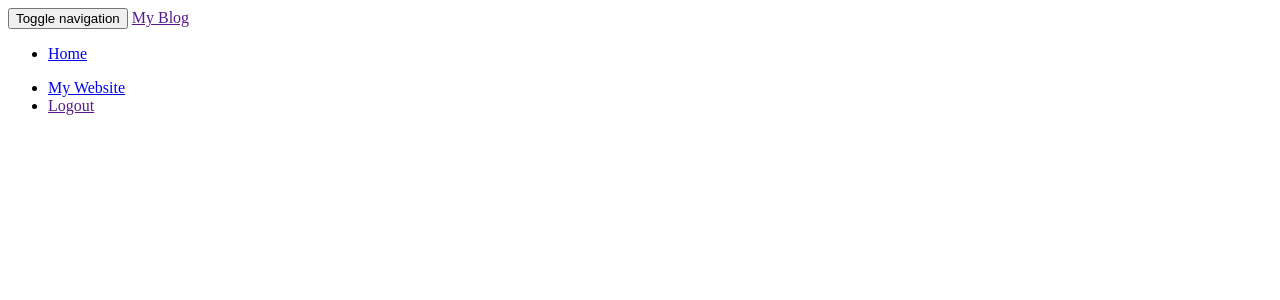
Repository: AnnieFisher/blog
Page: BlogMVC/WebContent/gen-nav.html
An editor plug-in stored every save of this project. The page is shown before and after the next save, followed by the edit.
The browser window is 1280 px wide. The pictures show the whole page.

Above is the page before, as saved 2016-12-21 03:08:44.

### BlogMVC/WebContent/gen-nav.html
<div ng-controller="postsController">
	<div class="container">
      <!-- Static navbar -->
<div class="navbar navbar-inverse navbar-fixed-top navbar-custom">        <div class="container-fluid">
          <div class="navbar-header">
            <button type="button" class="navbar-toggle collapsed" data-toggle="collapse" data-target="#navbar" aria-expanded="false" aria-controls="navbar">
              <span class="sr-only">Toggle navigation</span>
              <span class="icon-bar"></span>
              <span class="icon-bar"></span>
              <span class="icon-bar"></span>
            </button>
            <a class="navbar-brand text-muted" href="">My Blog</a>
          </div>
          <div id="navbar" class="navbar-collapse collapse">
            <ul class="nav navbar-nav">
              <li class="active"><a href="#/login">Home</a></li>
            </ul>
            <ul class="nav navbar-nav navbar-right">
            <li><a href="http://annielynnfisher.com" target="_blank">My Website</a></li>
 <li ng-click="logOut()"><a href="">Logout</a></li>            </ul>
          </div><!--/.nav-collapse -->
        </div><!--/.container-fluid -->
      </nav>
      </div>
 </div>

After the next save:
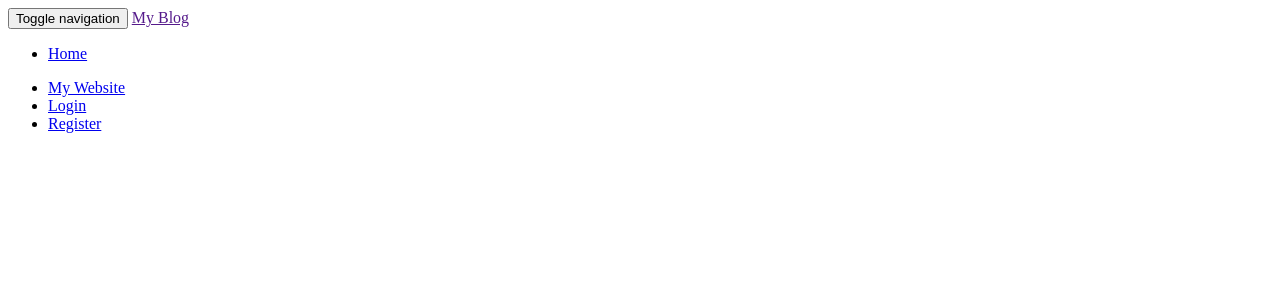
Saved 88 s later.
--- a/BlogMVC/WebContent/gen-nav.html
+++ b/BlogMVC/WebContent/gen-nav.html
@@ -16,8 +16,10 @@
               <li class="active"><a href="#/login">Home</a></li>
             </ul>
             <ul class="nav navbar-nav navbar-right">
-            <li><a href="http://annielynnfisher.com" target="_blank">My Website</a></li>
- <li ng-click="logOut()"><a href="">Logout</a></li>            </ul>
+	            <li><a href="http://annielynnfisher.com" target="_blank">My Website</a></li>
+	 			<li class="active"><a href="#/login">Login</a></li>
+	 			<li class="active"><a href="#/register">Register</a></li>
+ 			</ul>
           </div><!--/.nav-collapse -->
         </div><!--/.container-fluid -->
       </nav>
